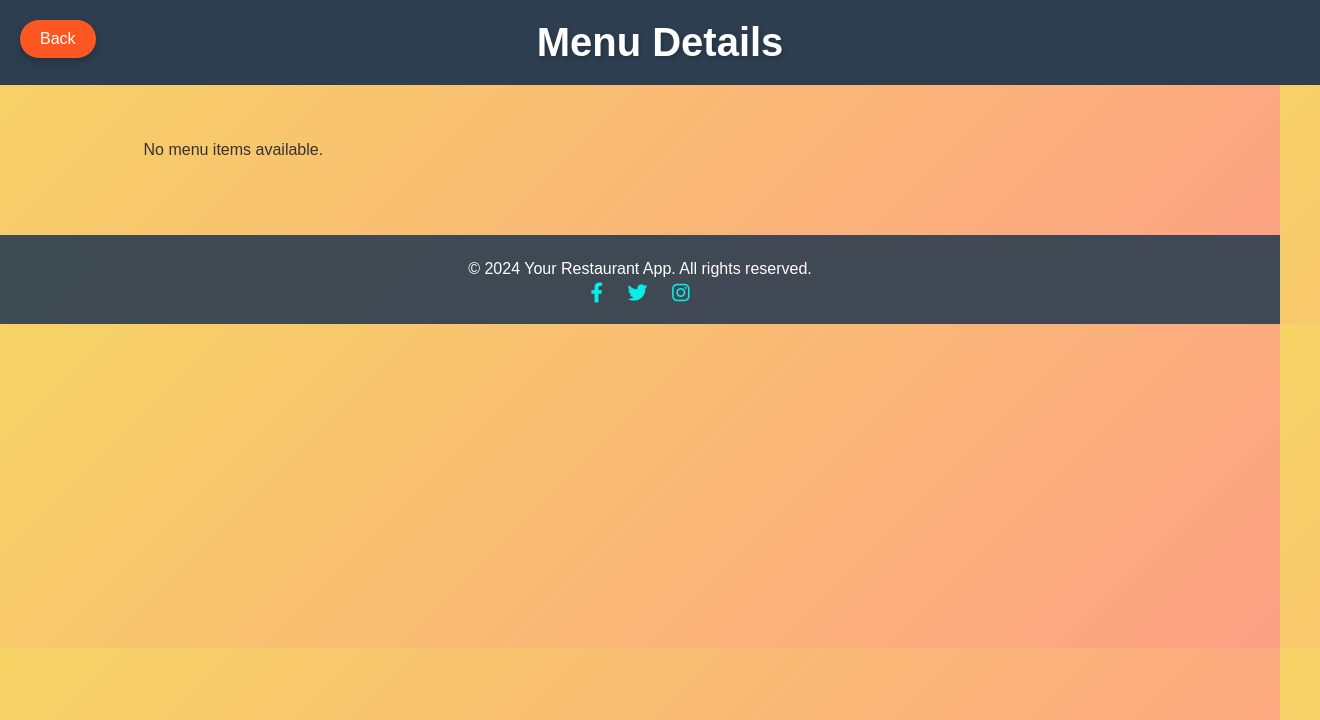
Repository: Masood395/Food-App
Page: http://localhost/FoodApp/getMenu.jsp
These files come from the project's save history. The page is drawn as it stood at one moment and after the next save; the edit follows.
The browser window is 1280 px wide. The page is 1320 px wide, so the pictures cover 1320 px, including what lies to the right of the window. The pictures show the whole page.
The page is served by Tomcat 9. Other server files are loaded and not shown.

Above is the page before, as saved 2024-11-12 19:20:22.

### FoodApp/src/main/webapp/getMenu.jsp
<%@ page language="java" contentType="text/html; charset=UTF-8" pageEncoding="UTF-8"%>
<%@ page import="java.util.List" %>
<%@ page import="com.tap.menu.Menu" %>

<!DOCTYPE html>
<html lang="en">
<head>
    <meta charset="UTF-8">
    <meta name="viewport" content="width=device-width, initial-scale=1.0">
    <title>Menu Details</title>
    <link rel="stylesheet" href="https://cdnjs.cloudflare.com/ajax/libs/font-awesome/5.15.4/css/all.min.css">
    <style>
        /* General Styling */
        body {
            font-family: 'Arial', sans-serif;
            background: linear-gradient(135deg, #f6d365 0%, #fda085 100%);
            margin: 0;
            padding: 0;
            box-sizing: border-box;
            color: #333;
        }

        /* Header Styling */
        header {
            background: #2C3E50;
            color: white;
            padding: 20px;
            text-align: center;
            position: relative;
            width: 100%;
        }

        header h1 {
            margin: 0;
            font-size: 2.5em;
            font-weight: bold;
            text-shadow: 2px 2px 4px rgba(0, 0, 0, 0.2);
        }

        /* Back Button Styling */
        .back-button {
            position: absolute;
            top: 20px;
            left: 20px;
            padding: 10px 20px;
            background: #FF5722;
            color: white;
            font-size: 1em;
            border: none;
            border-radius: 50px;
            cursor: pointer;
            transition: background 0.3s ease;
            box-shadow: 0 4px 8px rgba(0, 0, 0, 0.2);
        }

        .back-button:hover {
            background: #E64A19;
        }

        /* Grid Container for Cards */
        .container {
            display: grid;
            grid-template-columns: repeat(auto-fill, minmax(300px, 1fr));
            gap: 20px;
            padding: 40px;
            justify-items: center;
        }

        /* Card Styling */
        .card {
            background: #fff;
            border-radius: 15px;
            overflow: hidden;
            width: 100%;
            max-width: 350px;
            box-shadow: 0 10px 20px rgba(0, 0, 0, 0.15);
            transition: transform 0.3s ease, box-shadow 0.3s ease;
        }

        .card:hover {
            transform: translateY(-10px);
            box-shadow: 0 15px 30px rgba(0, 0, 0, 0.25);
        }

        .card img {
            width: 100%;
            height: 250px;
            object-fit: cover;
        }

        .card-body {
            padding: 20px;
            text-align: center;
        }

        .card h2 {
            font-size: 1.8em;
            color: #333;
            margin: 10px 0;
        }

        .price {
            font-size: 1.4em;
            color: #FF5722;
            font-weight: bold;
            margin: 10px 0;
        }

        .rating {
            font-size: 1em;
            color: #FFC107;
            margin: 5px 0;
        }

        .availability {
            font-weight: bold;
            margin-top: 5px;
            color: #555;
        }

        .available {
            color: #4CAF50;
        }

        .not-available {
            color: #E74C3C;
        }

        .add-to-cart {
            background: #28a745;
            color: white;
            border: none;
            border-radius: 30px;
            padding: 10px 20px;
            font-size: 1em;
            cursor: pointer;
            transition: background 0.3s ease;
            margin-top: 15px;
            width: 100%;
        }

        .add-to-cart:hover {
            background: #218838;
        }

        .quantity-selector {
            margin-top: 15px;
            display: flex;
            align-items: center;
            justify-content: center;
        }

        .quantity-selector select {
            padding: 8px;
            border-radius: 5px;
            border: 1px solid #ccc;
            margin-right: 10px;
            font-size: 1em;
        }

        /* Footer Styling */
        footer {
            background: rgba(44, 62, 80, 0.9);
            padding: 20px;
            text-align: center;
            color: #fff;
            margin-top: 20px;
        }

        footer p {
            margin: 5px 0;
        }

        .social-icons a {
            margin: 0 10px;
            color: #08eee5;
            font-size: 20px;
            transition: color 0.3s;
            text-decoration: none;
        }

        .social-icons a:hover {
            color: #ff5722;
        }

        /* Responsive Styling */
        @media (max-width: 768px) {
            header h1 {
                font-size: 2em;
            }
            .container {
                padding: 20px;
            }
        }

        @media (max-width: 480px) {
            header h1 {
                font-size: 1.5em;
            }
            .back-button {
                padding: 6px 12px;
                font-size: 0.9em;
            }
        }
    </style>
</head>
<body>

<header>
    <h1>Menu Details</h1>
    <button class="back-button" onclick="window.history.back();">Back</button>
</header>

<div class="container">
    <%
        List<Menu> mList = (List<Menu>) session.getAttribute("menuList");
        if (mList != null && !mList.isEmpty()) {
            for(Menu mnu : mList) {
    %>
        <div class="card">
            <img src="<%= mnu.getImage() %>" alt="<%= mnu.getMenuName() %>">
            <div class="card-body">
                <h2><%= mnu.getMenuName() %></h2>
                <p><strong>Description:</strong> <%= mnu.getDescription() %></p>
                <p class="price">$<%= mnu.getPrice() %></p>
                <p class="rating">Rating: <%= mnu.getRating() %> / 5</p>
                <p class="availability <%= mnu.isAvailable() ? "available" : "not-available" %>">
                    <%= mnu.isAvailable() ? "Available" : "Not Available" %>
                </p>
                <div class="quantity-selector">
                    <form action="addcartcntrl" method="post">
                        <select name="quantity">
                            <% for (int i = 1; i <= 10; i++) { %>
                                <option value="<%= i %>"><%= i %></option>
                            <% } %>
                        </select>
                        <input type="hidden" name="id" value="<%= mnu.getMenuId() %>">
                        <input type="hidden" name="img" value="<%= mnu.getImage() %>">

<%--                         <input type="hidden" name="name" value="<%= mnu.getMenuName() %>">
                        <input type="hidden" name="price" value="<%= mnu.getPrice() %>"> --%>
                        <!-- <input type="hidden" name="action" value="add"> -->
                        <button type="submit" class="add-to-cart">Add to Cart</button>
                    </form>
                </div>
            </div>
        </div>
    <%
            }
        } else {
            out.println("<p>No menu items available.</p>");
        }
    %>
</div>

<footer>
    <p>&copy; 2024 Your Restaurant App. All rights reserved.</p>
    <div class="social-icons">
        <a href="#" class="fab fa-facebook-f"></a>
        <a href="#" class="fab fa-twitter"></a>
        <a href="#" class="fab fa-instagram"></a>
    </div>
</footer>

</body>
</html>

After the next save:
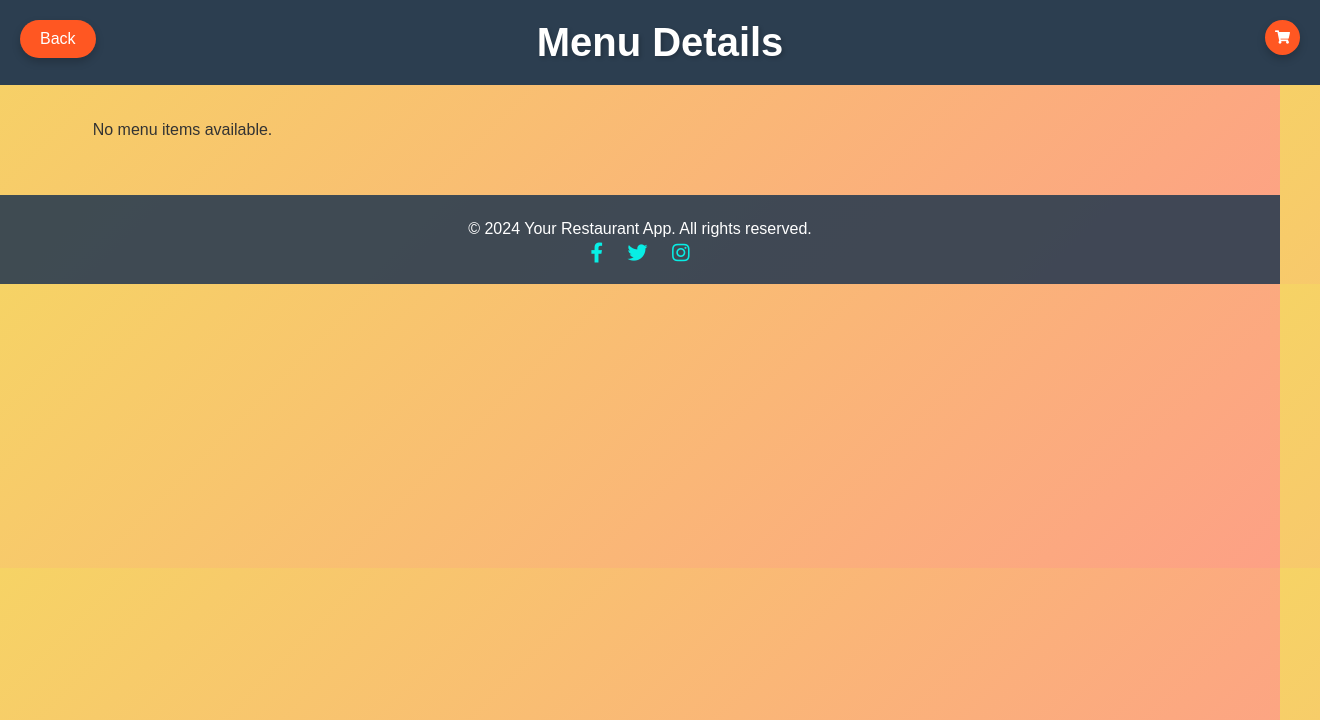
Saved 75 s later.
--- a/FoodApp/src/main/webapp/getMenu.jsp
+++ b/FoodApp/src/main/webapp/getMenu.jsp
@@ -57,13 +57,35 @@
             background: #E64A19;
         }
 
+        /* Cart Icon Styling */
+        .cart-icon {
+            position: absolute;
+            top: 20px;
+            right: 20px;
+            background: #FF5722;
+            color: white;
+            border: none;
+            border-radius: 50%;
+            padding: 10px;
+            cursor: pointer;
+            transition: transform 0.3s ease, background 0.3s ease;
+            box-shadow: 0 4px 8px rgba(0, 0, 0, 0.2);
+        }
+
+        .cart-icon:hover {
+            transform: scale(1.1);
+            background: #E64A19;
+        }
+
         /* Grid Container for Cards */
         .container {
             display: grid;
-            grid-template-columns: repeat(auto-fill, minmax(300px, 1fr));
+            grid-template-columns: repeat(auto-fill, minmax(280px, 1fr)); /* Adjusted min width */
             gap: 20px;
-            padding: 40px;
+            padding: 20px; /* Reduced padding */
             justify-items: center;
+            max-width: 1200px; /* Added max width */
+            margin: 0 auto; /* Center the container */
         }
 
         /* Card Styling */
@@ -189,7 +211,7 @@
                 font-size: 2em;
             }
             .container {
-                padding: 20px;
+                padding: 10px; /* Further reduced padding for smaller screens */
             }
         }
 
@@ -201,6 +223,10 @@
                 padding: 6px 12px;
                 font-size: 0.9em;
             }
+            .cart-icon {
+                padding: 8px;
+                font-size: 0.9em;
+            }
         }
     </style>
 </head>
@@ -209,6 +235,9 @@
 <header>
     <h1>Menu Details</h1>
     <button class="back-button" onclick="window.history.back();">Back</button>
+    <button class="cart-icon" onclick="window.location.href='cart.jsp';">
+        <i class="fas fa-shopping-cart"></i>
+    </button>
 </header>
 
 <div class="container">
@@ -235,11 +264,7 @@
                             <% } %>
                         </select>
                         <input type="hidden" name="id" value="<%= mnu.getMenuId() %>">
-                        <input type="hidden" name="img" value="<%= mnu.getImage() %>">
-
-<%--                         <input type="hidden" name="name" value="<%= mnu.getMenuName() %>">
-                        <input type="hidden" name="price" value="<%= mnu.getPrice() %>"> --%>
-                        <!-- <input type="hidden" name="action" value="add"> -->
+                        <input type="hidden" name ="img" value="<%= mnu.getImage() %>">
                         <button type="submit" class="add-to-cart">Add to Cart</button>
                     </form>
                 </div>

After the save that followed:
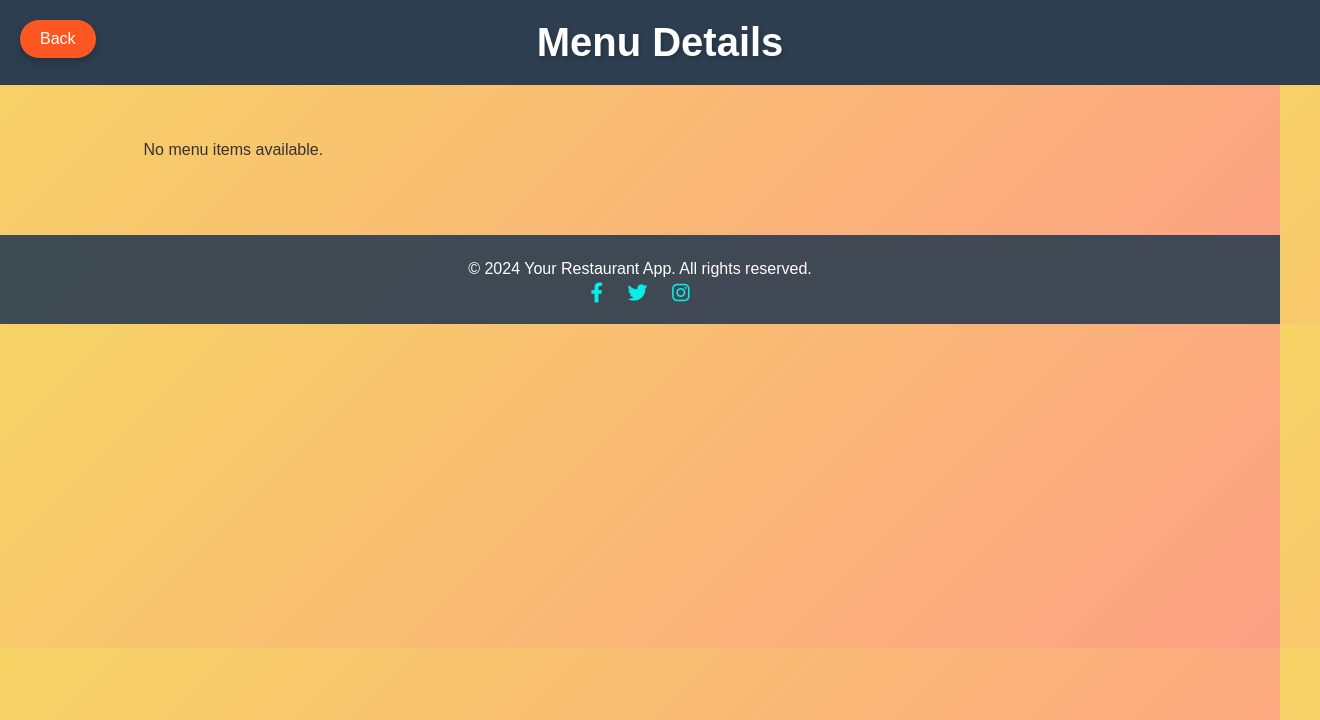
Saved 19 s later.
--- a/FoodApp/src/main/webapp/getMenu.jsp
+++ b/FoodApp/src/main/webapp/getMenu.jsp
@@ -57,35 +57,13 @@
             background: #E64A19;
         }
 
-        /* Cart Icon Styling */
-        .cart-icon {
-            position: absolute;
-            top: 20px;
-            right: 20px;
-            background: #FF5722;
-            color: white;
-            border: none;
-            border-radius: 50%;
-            padding: 10px;
-            cursor: pointer;
-            transition: transform 0.3s ease, background 0.3s ease;
-            box-shadow: 0 4px 8px rgba(0, 0, 0, 0.2);
-        }
-
-        .cart-icon:hover {
-            transform: scale(1.1);
-            background: #E64A19;
-        }
-
         /* Grid Container for Cards */
         .container {
             display: grid;
-            grid-template-columns: repeat(auto-fill, minmax(280px, 1fr)); /* Adjusted min width */
+            grid-template-columns: repeat(auto-fill, minmax(300px, 1fr));
             gap: 20px;
-            padding: 20px; /* Reduced padding */
+            padding: 40px;
             justify-items: center;
-            max-width: 1200px; /* Added max width */
-            margin: 0 auto; /* Center the container */
         }
 
         /* Card Styling */
@@ -211,7 +189,7 @@
                 font-size: 2em;
             }
             .container {
-                padding: 10px; /* Further reduced padding for smaller screens */
+                padding: 20px;
             }
         }
 
@@ -223,10 +201,6 @@
                 padding: 6px 12px;
                 font-size: 0.9em;
             }
-            .cart-icon {
-                padding: 8px;
-                font-size: 0.9em;
-            }
         }
     </style>
 </head>
@@ -235,9 +209,6 @@
 <header>
     <h1>Menu Details</h1>
     <button class="back-button" onclick="window.history.back();">Back</button>
-    <button class="cart-icon" onclick="window.location.href='cart.jsp';">
-        <i class="fas fa-shopping-cart"></i>
-    </button>
 </header>
 
 <div class="container">
@@ -264,7 +235,11 @@
                             <% } %>
                         </select>
                         <input type="hidden" name="id" value="<%= mnu.getMenuId() %>">
-                        <input type="hidden" name ="img" value="<%= mnu.getImage() %>">
+                        <input type="hidden" name="img" value="<%= mnu.getImage() %>">
+
+<%--                         <input type="hidden" name="name" value="<%= mnu.getMenuName() %>">
+                        <input type="hidden" name="price" value="<%= mnu.getPrice() %>"> --%>
+                        <!-- <input type="hidden" name="action" value="add"> -->
                         <button type="submit" class="add-to-cart">Add to Cart</button>
                     </form>
                 </div>
